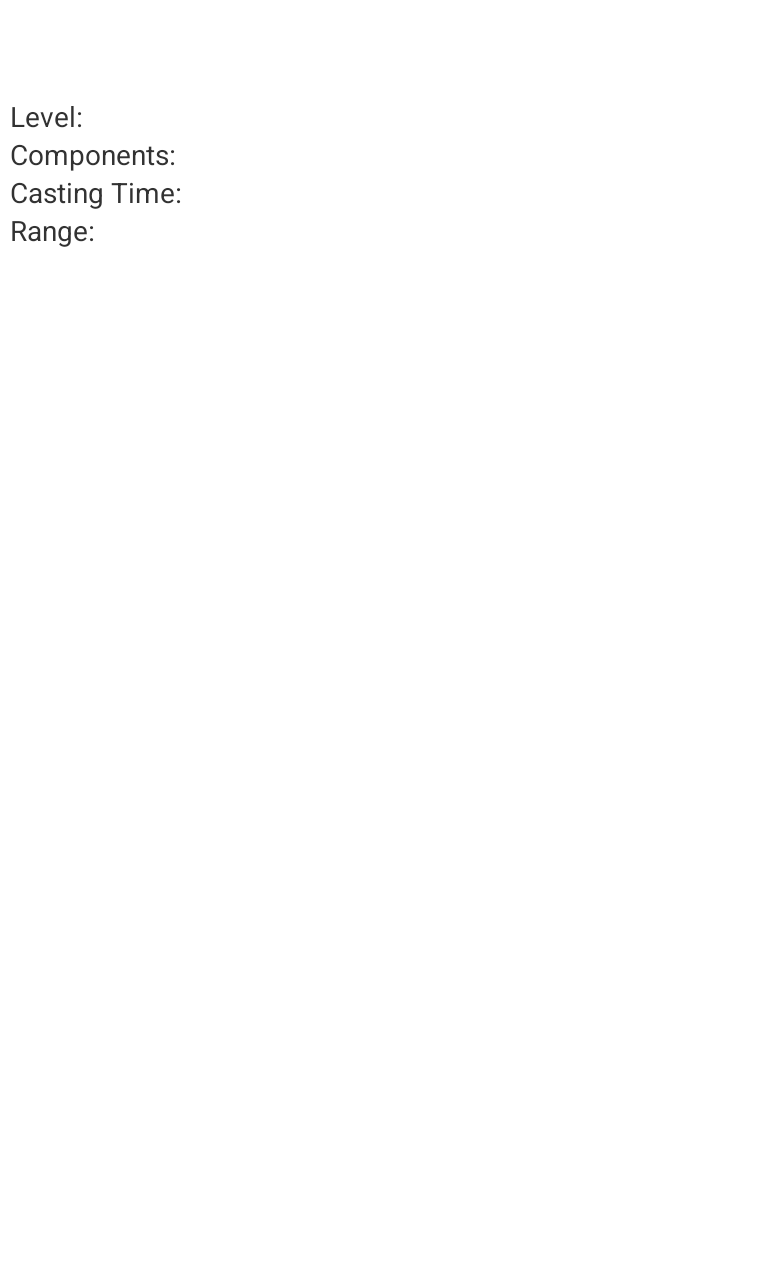
Repository: Rizsti/BrawnyKoala
Layout: 2.2/res/layout/dialogue_spell_details.xml
The author's editor kept a copy of each file at every save. The layout is drawn from the files as they stood at one save, then again after the next save.
It is drawn on a 768 x 1280 px phone screen (xhdpi) without system bars, with theme AppTheme; the app's code is not run.

Above is the layout before, as saved 2013-06-09 04:34:32.

### 2.2/res/layout/dialogue_spell_details.xml
<?xml version="1.0" encoding="utf-8"?>
<LinearLayout xmlns:android="http://schemas.android.com/apk/res/android"
    android:layout_width="match_parent"
    android:layout_height="match_parent"
    android:orientation="vertical"
    android:padding="5sp">

    <TextView
        android:id="@+id/spellName"
        android:layout_width="wrap_content"
        android:layout_height="wrap_content"
        android:textAppearance="?android:attr/textAppearanceMedium" />

    <TextView
        android:id="@+id/spellSchool"
        android:layout_width="wrap_content"
        android:layout_height="wrap_content"/>

    <LinearLayout
        android:layout_width="match_parent"
        android:layout_height="wrap_content"
        android:orientation="horizontal">

        <TextView
	        android:layout_width="wrap_content"
	        android:layout_height="wrap_content"
	        android:text="@string/SpellLevel" />

    	<TextView
	        android:id="@+id/spellLevel"
	        android:layout_width="wrap_content"
	        android:layout_height="wrap_content" />

    </LinearLayout>

     <LinearLayout
        android:layout_width="match_parent"
        android:layout_height="wrap_content"
        android:orientation="horizontal">

    	<TextView
        	android:layout_width="wrap_content"
        	android:layout_height="wrap_content"
       		android:text="@string/SpellComp" />

	    <TextView
	        android:id="@+id/spellComponents"
	        android:layout_width="wrap_content"
	        android:layout_height="wrap_content"
	        />

	 </LinearLayout>


     <LinearLayout
        android:layout_width="match_parent"
        android:layout_height="wrap_content"
        android:orientation="horizontal">

    	<TextView
        	android:layout_width="wrap_content"
        	android:layout_height="wrap_content"
       		android:text="@string/SpellCastTime" />

	    <TextView
	        android:id="@+id/spellCastTime"
	        android:layout_width="wrap_content"
	        android:layout_height="wrap_content"
	        />

	 </LinearLayout>

     <LinearLayout
        android:layout_width="match_parent"
        android:layout_height="wrap_content"
        android:orientation="horizontal">

    	<TextView
        	android:layout_width="wrap_content"
        	android:layout_height="wrap_content"
       		android:text="@string/SpellRange" />

	    <TextView
	        android:id="@+id/spellRange"
	        android:layout_width="wrap_content"
	        android:layout_height="wrap_content"
	        />

	 </LinearLayout>

</LinearLayout>

### 2.2/res/values/strings.xml
<?xml version="1.0" encoding="utf-8"?>
<resources>

    <string name="app_name">Teddy</string>
    <!-- Menu Items -->
    <string name="action_settings">Settings</string>
    <string name="action_new">New</string>
    <string name="title_activity_settings">Settings</string>
    <string name="title_activity_details">Details</string>
    <string name="title_activity_basic">Basic</string>
    <string name="title_activity_battle">Battle</string>
    <string name="load">Load</string>
    <string name="save">Save</string>

    <!-- Details Labels -->
    <string name="charName">Name</string>
    <string name="charRace">Race</string>
    <string name="charLevel">Level</string>
    <string name="charAlign">Alignment</string>
    <string name="charDeity">Deity</string>
    <string name="charSize">Size</string>
    <string name="charAge">Age</string>
    <string name="charGender">Gender</string>
    <string name="charHeight">Height</string>
    <string name="charWeight">Weight</string>
    <string name="classHint">Class</string>

    <!-- ListViews -->
    <!-- Character Select Labels -->
    <string name="level">Lv: </string>

    <!-- Attack Labels -->
    <string name="aName">Name</string>
    <string name="aDamage">Dmg</string>
    <string name="aBonus">AtkBonus</string>
    <string name="aCrit">Crit</string>
    <string name="aRange">Range</string>
    <string name="aWeight">Weight</string>
    <string name="aSize">Size</string>
    <string name="aType">Type</string>
    <string name="aSpecial">Special Properties</string>

    <!-- Inventory Labels -->
    <string name="iQuantity">Quantity</string>
    <string name="iTotalWeight">Total Weight</string>
    <string name="title_activity_details2">Details2</string>
    <string name="title_section1">Section 1</string>
    <string name="title_section2">Section 2</string>
    <string name="title_section3">Section 3</string>
    <string name="title_activity_skills">Skills</string>

    <!-- Skill labels -->
    <string name="sSkill">Skill</string>
    <string name="sStat">Stat Mod.</string>
    <string name="sRank">Rank</string>
    <string name="sMisc">Misc.</string>

    <!-- Symbols -->
    <string name="plus">+</string>
    <string name="equal">=</string>
    <string name="slash">/</string>

    <!-- Image lables -->
    <string name="heart">Health</string>
    <string name="fist">Melee</string>
    <string name="bow">Ranged</string>

    <!-- Battle Labels -->
    <string name="bexp">Exp.</string>
    <string name="bInit">Init. </string>
    <string name="bGrap">Grapple </string>
    <string name="bWill">Will </string>
    <string name="bFort">Fort. </string>
    <string name="bRef">Ref. </string>

    <!-- Stats Labels -->
    <string name="stStr">STR</string>
    <string name="stInt">INT</string>
    <string name="stDex">DEX</string>
    <string name="stCon">CON</string>
    <string name="stCha">CHA</string>
    <string name="stWis">WIS</string>
    <string name="score">Score</string>
    <string name="modscore">Mod.</string>
    <string name="tmpScore">Tmp. Score</string>
    <string name="tmpMod">Tmp. Mod.</string>

    <!-- Other stats info -->
    <string name="modStr">0</string>
    <string name="modInt">0</string>
    <string name="modDex">0</string>
    <string name="modCon">0</string>
    <string name="modCha">0</string>
    <string name="modWis">0</string>
    <string name="addAttack">Add an Attack</string>
    <string name="add">Add</string>
    <string name="cancel">Cancel</string>

    <!-- Settings labels -->
    <string name="ctheme">Change theme:</string>

    <!-- Content Descriptions -->
    <string name="PinkSwatch">Pink Swatch</string>
    <string name="RedSwatch">Red Swatch</string>
    <string name="PurpleSwatch">Purple Swatch</string>
    <string name="DarkRedSwatch">Dark Red Swatch</string>
    <string name="DarkBlueSwatch">Dark Blue Swatch</string>
    <string name="DarkGreenSwatch">Dark Green Swatch</string>
    <string name="BlueSwatch">Blue Swatch</string>
    <string name="GreenSwatch">Green Swatch</string>
    <string name="hello_world">Hello world!</string>

    <string name="SpellLevel">Level: </string>
	<string name="SpellComp">Components: </string>
	<string name="SpellCastTime">Casting Time: </string>
	<string name="SpellRange">Range: </string>
	<string name="SpellEffect">Effect: </string>


</resources>

Loaded but not shown: 2.2/res/values/styles.xml (common file); 2.2/res/values-v11/styles.xml (common file); 2.2/res/values-v14/styles.xml (common file)

After the next save:
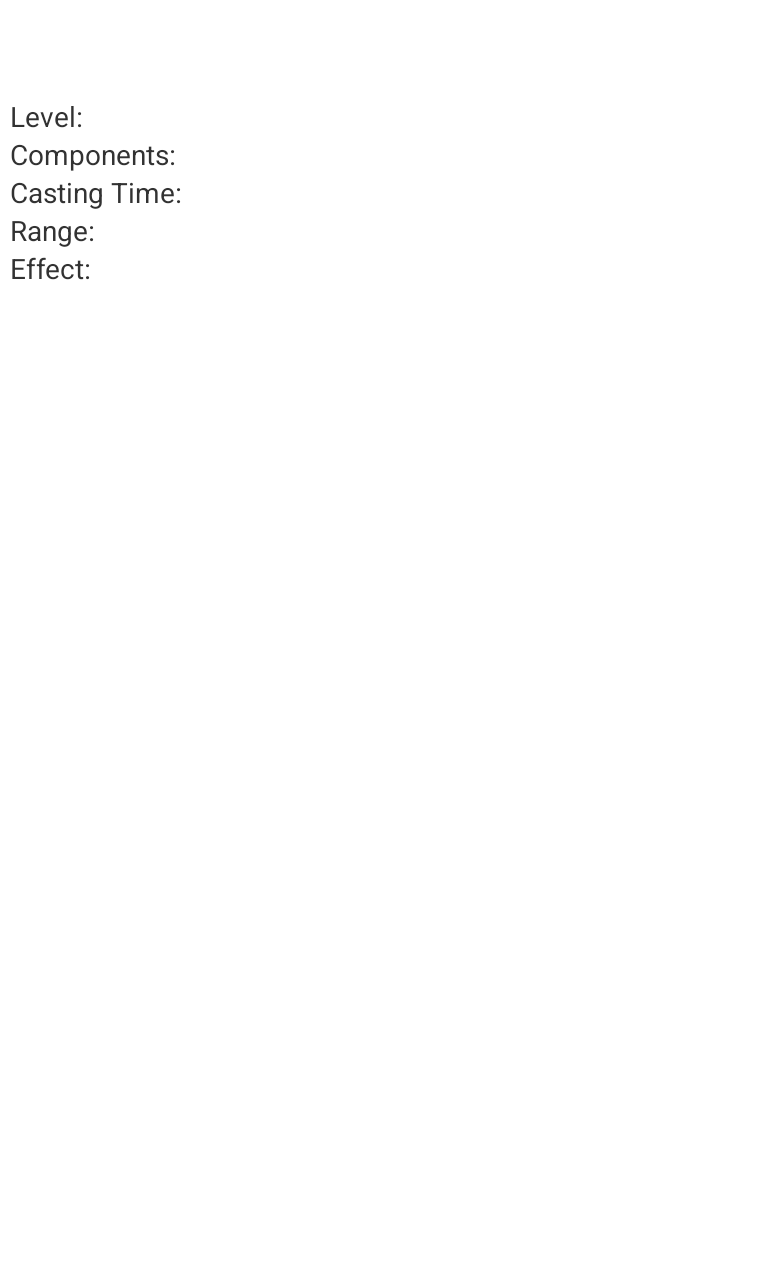
Saved 25 s later.
--- a/2.2/res/layout/dialogue_spell_details.xml
+++ b/2.2/res/layout/dialogue_spell_details.xml
@@ -88,4 +88,21 @@
 
 	 </LinearLayout>
 
+     <LinearLayout
+        android:layout_width="match_parent"
+        android:layout_height="wrap_content"
+        android:orientation="horizontal">
+
+    	<TextView
+        	android:layout_width="wrap_content"
+        	android:layout_height="wrap_content"
+       		android:text="@string/SpellEffect" />
+
+	    <TextView
+	        android:id="@+id/spellEffect"
+	        android:layout_width="wrap_content"
+	        android:layout_height="wrap_content"
+	        />
+
+	 </LinearLayout>
 </LinearLayout>
